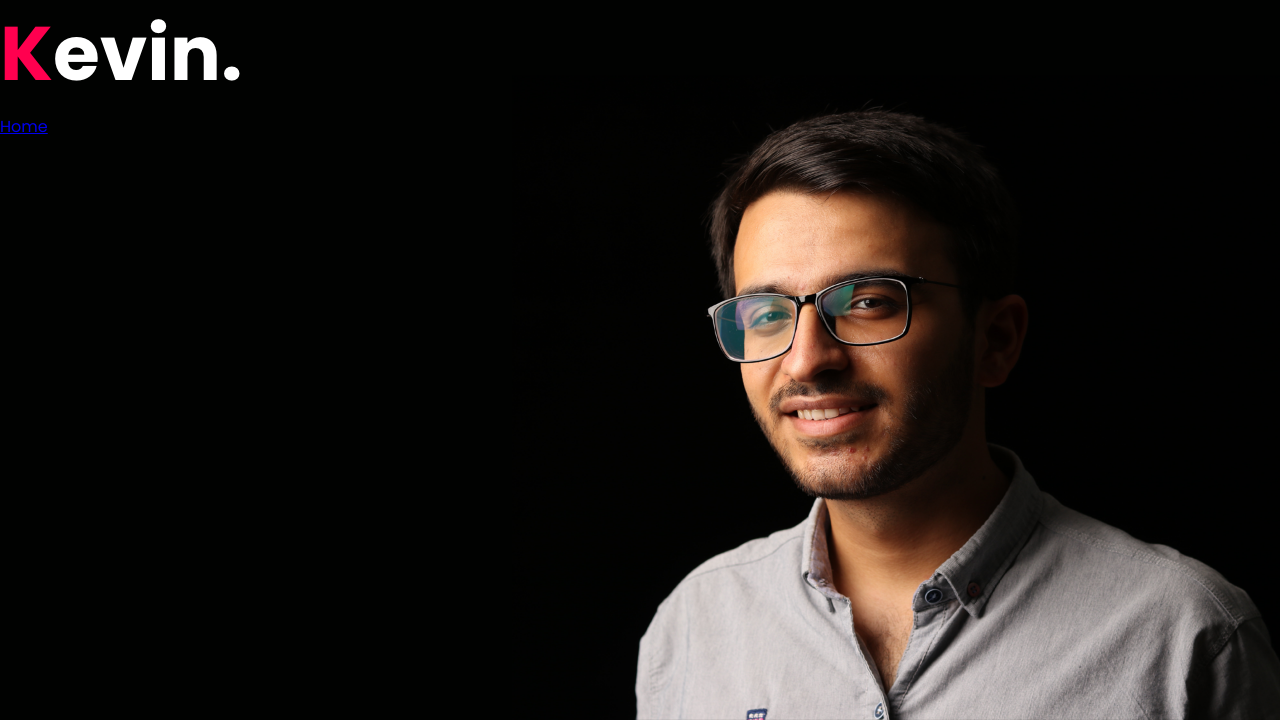
Repository: bryanbraide/Profile-card
Page: index.html
These files come from the project's save history. The page is drawn as it stood at one moment and after a run of saves; the edit follows.
The browser window is 1280 px wide. The pictures show the whole page.

Above is the page before, as saved 2025-06-09 11:47:13.

After the next 3 saves:
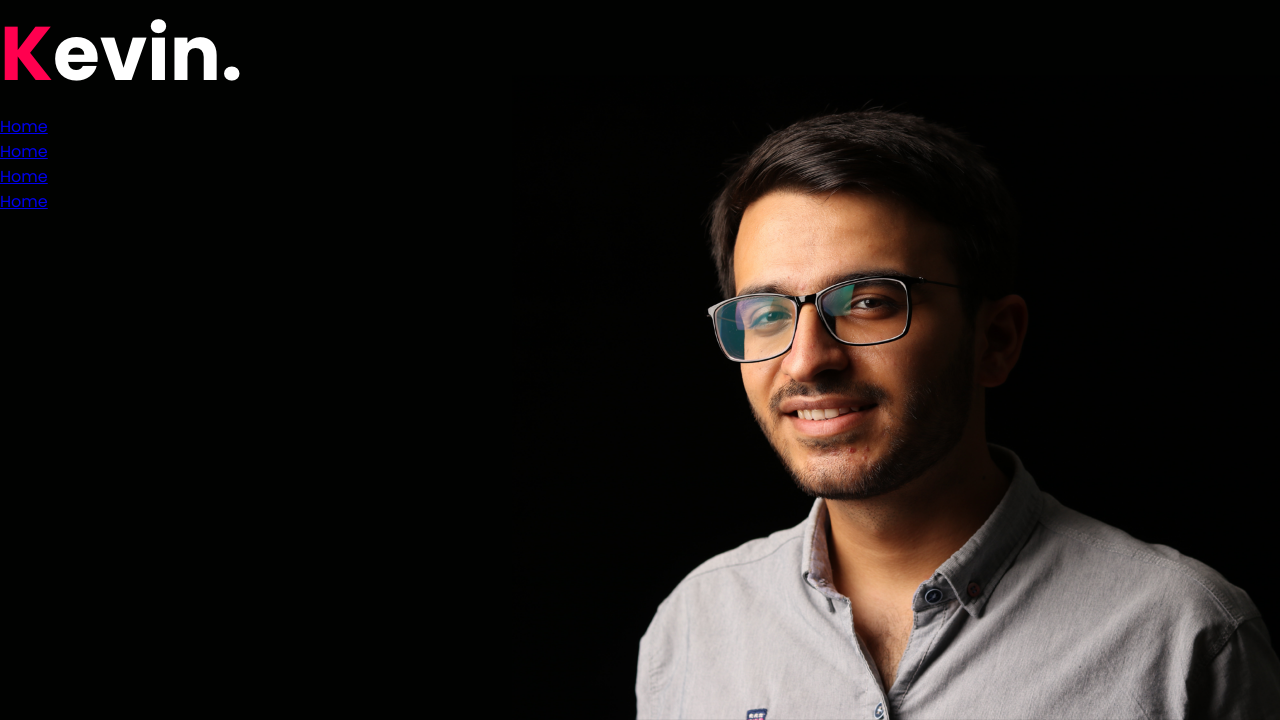
The 3 saves are shown as one change because they came seconds apart.
The last was saved 83 s later.
--- a/index.html
+++ b/index.html
@@ -17,6 +17,9 @@
         <img src="images/logo.png" class="logo">
         <ul>
           <li><a href="#">Home</a></li>
+          <li><a href="#">Home</a></li>
+          <li><a href="#">Home</a></li>
+          <li><a href="#">Home</a></li>
         </ul>
       </nav>
     </div>
